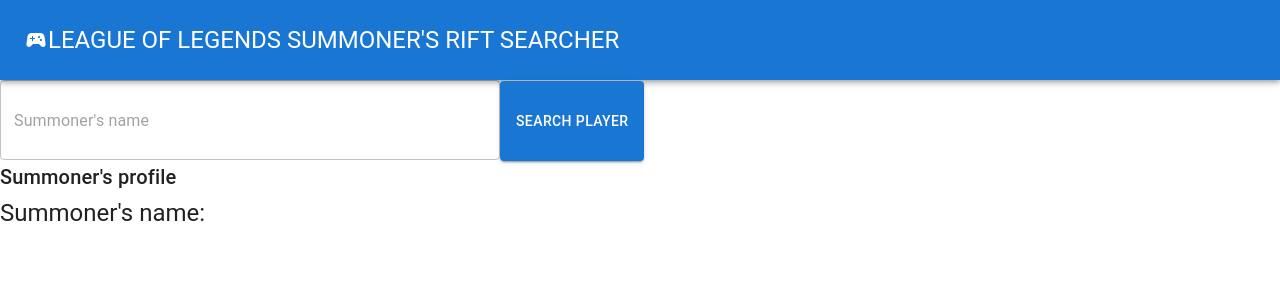
Repository: Mikerr21/League-Of-Legends-API
Page: /
The author's editor kept a copy of each file at every save. The page is drawn from the files as they stood at one save, then again after the next save.
The browser window is 1280 px wide. The pictures show the whole page.
The page's requests for data from a server got no answer. The project was rebuilt for these pictures with package versions that can differ from the ones it lists, and the page was loaded fresh each time. No one was signed in, and anything a server would have sent is missing.

Above is the page before, as saved 2022-09-24 22:26:06.

After the next save:
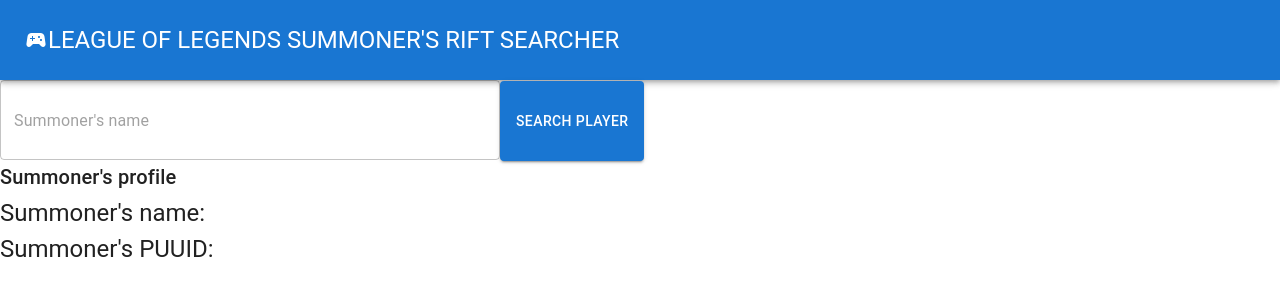
Saved 25 s later.
--- a/src/App.js
+++ b/src/App.js
@@ -112,9 +112,16 @@
           </ListItemButton>
         </List>
      */}
- <ListItemText><Typography variant="h5">Summoner's name:{searchPlayer}</Typography></ListItemText>
- <ListItemText></ListItemText>
- <ListItemText></ListItemText>
+ <ListItemText>
+  <Typography variant="h5">
+    Summoner's name:{searchPlayer}
+  </Typography>
+ </ListItemText>
+ <ListItemText>
+  <Typography variant="h5">
+    Summoner's PUUID:{searchPlayer}
+  </Typography>
+ </ListItemText>
  </List>
     </div>
   );
